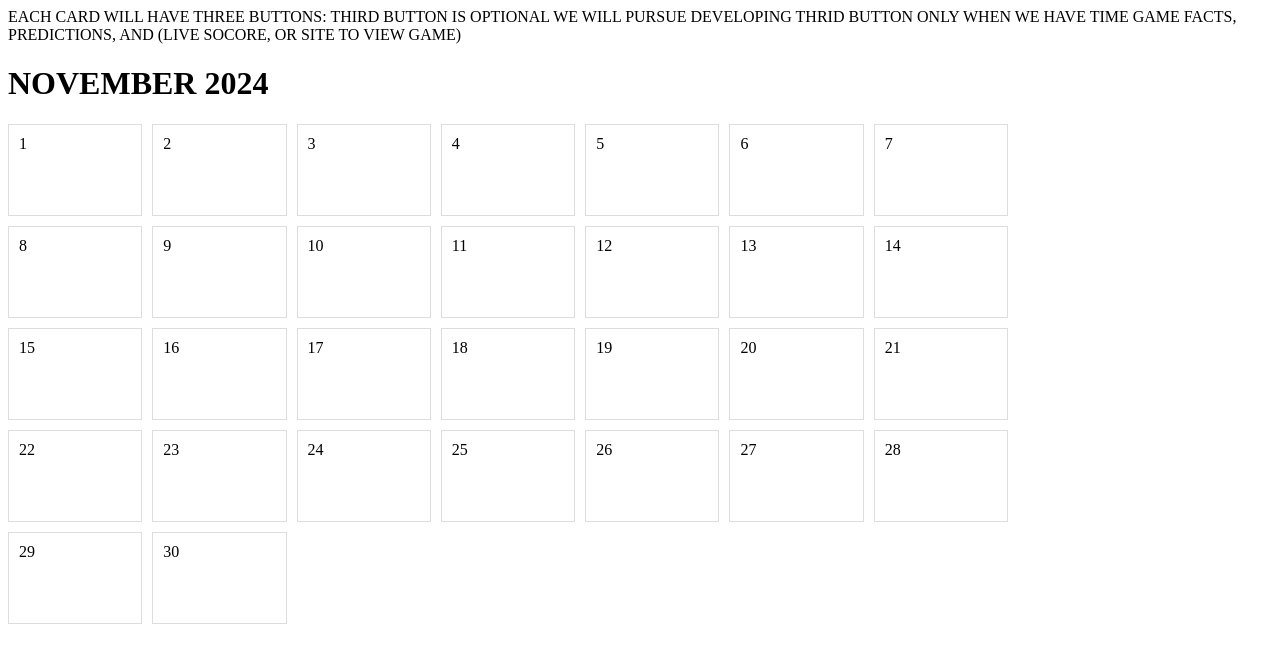
Repository: bredernd/Sports-Analytics
Page: http://localhost/CPS298_Nba/calendar
An editor plug-in stored every save of this project. The page is shown before and after the next save, followed by the edit.
The browser window is 1280 px wide. The pictures show the whole page.
The page is served by Tomcat 9. Other server files are loaded and not shown.

Above is the page before, as saved 2024-11-06 18:51:39.

### NBAProj/CPS298_Nba/src/main/webapp/WEB-INF/Dispatcher-servlet.xml
<?xml version="1.0" encoding="UTF-8"?>
<beans xmlns="http://www.springframework.org/schema/beans"
	xmlns:xsi="http://www.w3.org/2001/XMLSchema-instance"
	xmlns:context="http://www.springframework.org/schema/context"
	xmlns:mvc="http://www.springframework.org/schema/mvc"
	xmlns:tx="http://www.springframework.org/schema/tx"
	xsi:schemaLocation="http://www.springframework.org/schema/mvc http://www.springframework.org/schema/mvc/spring-mvc-4.3.xsd
		http://www.springframework.org/schema/beans http://www.springframework.org/schema/beans/spring-beans.xsd
		http://www.springframework.org/schema/context http://www.springframework.org/schema/context/spring-context-4.3.xsd
		http://www.springframework.org/schema/tx http://www.springframework.org/schema/tx/spring-tx-4.3.xsd">


	<context:component-scan
		base-package="com.cps298.nba">
	</context:component-scan>
	<mvc:annotation-driven></mvc:annotation-driven>
	<mvc:resources mapping="/resources/**" location="/resources/"></mvc:resources>
	<bean id="viewResolver"
		class="org.springframework.web.servlet.view.InternalResourceViewResolver">
	<property name="prefix" value="/WEB-INF/Views/"></property>
	<property name="suffix" value=".jsp"></property>
	</bean>

<!-- 	<bean id="myDataSource" -->
<!-- 		class="com.mchange.v2.c3p0.ComboPooledDataSource"> -->
<!-- 	<property name="driverClass" value="com.mysql.cj.jdbc.Driver"></property> -->
<!-- 	<property name="user" value="hbstudent"></property> -->
<!-- 	<property name="password" value="hbstudent"></property> -->
<!-- 	<property name="jdbcUrl" -->
<!-- 		value="jdbc:mysql://localhost:3306/movies?useSSL=false"> -->
<!-- 	</property> -->
<!-- 	<property name="minPoolSize" value="5"></property> -->
<!-- 	<property name="maxPoolSize" value="30"></property> -->
<!-- 	<property name="maxIdleTime" value="30000"></property> -->
<!-- 	</bean> -->
<!-- 	<bean id="sessionFactory" -->
<!-- 		class="org.springframework.orm.hibernate5.LocalSessionFactoryBean"> -->
<!-- 	<property name="dataSource" ref="myDataSource"></property> -->
<!-- 	<property name="packagesToScan" -->
<!-- 		value="com.cps298.nba.entity"> -->
<!-- 	</property> -->
<!-- 	<property name="hibernateProperties"> -->
<!-- 	<props> -->
<!-- 	<prop key="hibernate.dialect">org.hibernate.dialect.MySQLDialect</prop> -->
<!-- 	<prop key="hibernate.show_sql">true</prop> -->
<!-- 	</props> -->
<!-- 	</property> -->
<!-- 	</bean> -->
<!-- 	<bean id="myTransactionalManager" -->
<!-- 		class="org.springframework.orm.hibernate5.HibernateTransactionManager"> -->
<!-- 	<property name="sessionFactory" ref="sessionFactory"></property> -->
<!-- 	</bean> -->
<!-- 	<tx:annotation-driven transaction-manager="myTransactionalManager" /> -->
</beans>

### NBAProj/CPS298_Nba/src/main/webapp/WEB-INF/Views/calendar.jsp
<%@ page language="java" contentType="text/html; charset=ISO-8859-1"
    pageEncoding="ISO-8859-1"%>
<!DOCTYPE html>
<html>
<head>
<meta charset="ISO-8859-1">
<title>Calendar</title>

<style>
	.body{
	display: flex;
	justify-content: center;
	align-items: center;
	}

	.calendar {
	display: grid;
	grid-template-columns: repeat(7, 1fr);
	gap: 10px;
	width: 1000px;
	height: 500px;
	}

    .day {
    border: 1px solid #ddd;
    padding: 10px;
    }
</style>
</head>
<body>


EACH CARD WILL HAVE THREE BUTTONS: THIRD BUTTON IS OPTIONAL
WE WILL PURSUE DEVELOPING THRID BUTTON ONLY WHEN WE HAVE TIME
GAME FACTS, PREDICTIONS, AND (LIVE SOCORE, OR SITE TO VIEW GAME)

    <h1>${month} ${year}</h1>

    <div class="calendar">
        ${calendarHtml}
    </div>


</body>
</html>

### NBAProj/CPS298_Nba/src/main/java/com/cps298/nba/controller/MainController.java
package com.cps298.nba.controller;

import java.time.LocalDate;

import org.springframework.beans.factory.annotation.Autowired;
import org.springframework.stereotype.Controller;
import org.springframework.ui.Model;
import org.springframework.web.bind.annotation.RequestMapping;

import com.cps298.nba.service.CalendarService;

@Controller
public class MainController {

    @Autowired
    private CalendarService calendarService;

	@RequestMapping("/")
	public String home() {
		return "home";
	}

	@RequestMapping("/calendar")
	public String calendar(Model model) {
        LocalDate now = LocalDate.now();
        int year = now.getYear();
        int month = now.getMonthValue();

        // Use the service to generate the HTML
        String calendarHtml = calendarService.generateCalendarHtml(year, month);

        model.addAttribute("calendarHtml", calendarHtml);
        model.addAttribute("month", now.getMonth());
        model.addAttribute("year", year);

		return "calendar";
	}

	@RequestMapping("/news")
	public String news() {
		return "news";
	}

	@RequestMapping("/gameFacts")
	public String gameFacts() {
		return "gameFacts";
	}

	@RequestMapping("/predictions")
	public String predictions() {
		return "predictions";
	}
}

### NBAProj/CPS298_Nba/src/main/java/com/cps298/nba/service/CalendarService.java
package com.cps298.nba.service;

import java.time.LocalDate;
import java.time.YearMonth;

import org.springframework.stereotype.Service;

@Service
public class CalendarService {

    public String generateCalendarHtml(int year, int month) {
        StringBuilder calendarHtml = new StringBuilder();
        YearMonth yearMonth = YearMonth.of(year, month);

        for (int day = 1; day <= yearMonth.lengthOfMonth(); day++) {
            calendarHtml.append("<div class='day'>").append(day).append("</div>");
        }

        return calendarHtml.toString();
    }

}

After the next save:
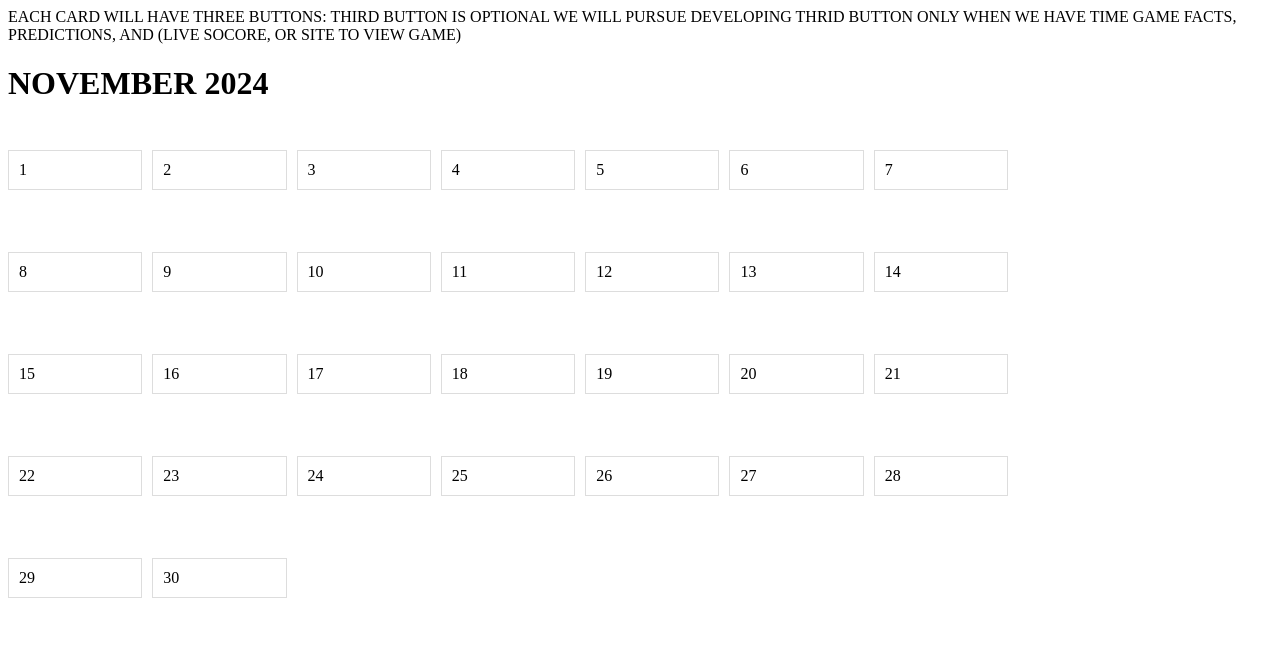
Saved 59 s later.
--- a/NBAProj/CPS298_Nba/src/main/webapp/WEB-INF/Views/calendar.jsp
+++ b/NBAProj/CPS298_Nba/src/main/webapp/WEB-INF/Views/calendar.jsp
@@ -19,6 +19,8 @@
 	gap: 10px;
 	width: 1000px;
 	height: 500px;
+	justify-content: center;
+	align-items: center;
 	}
 
     .day {

After the save that followed:
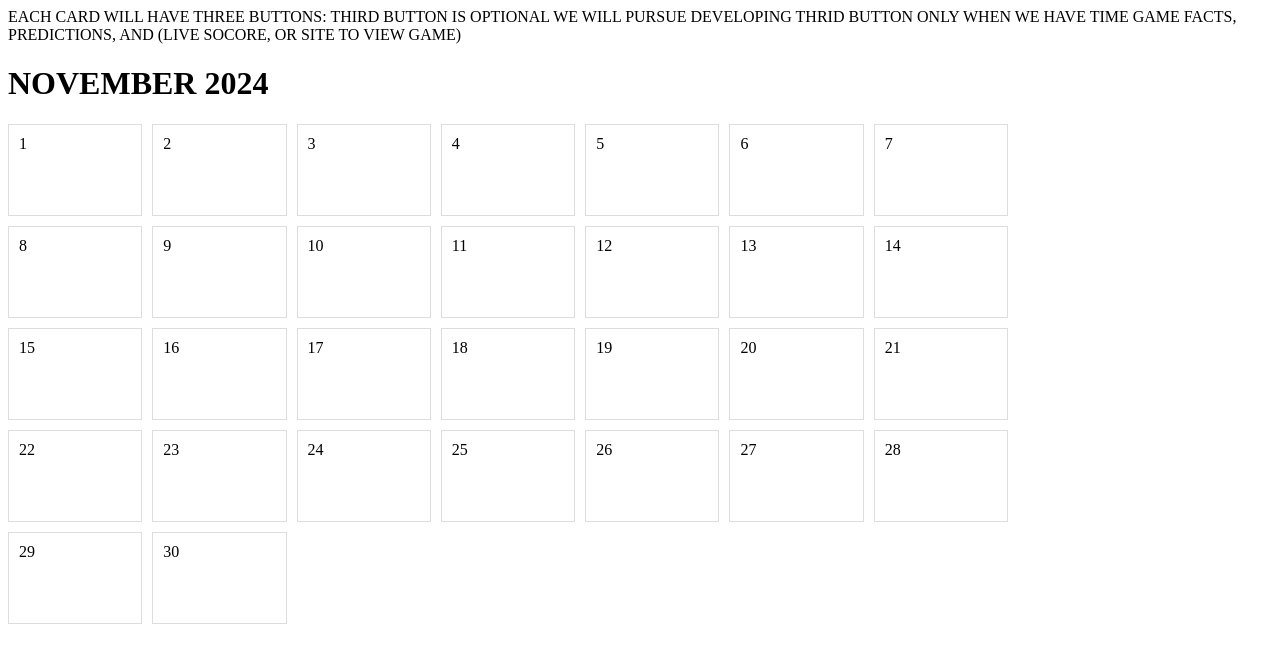
Saved 13 s later.
--- a/NBAProj/CPS298_Nba/src/main/webapp/WEB-INF/Views/calendar.jsp
+++ b/NBAProj/CPS298_Nba/src/main/webapp/WEB-INF/Views/calendar.jsp
@@ -19,8 +19,6 @@
 	gap: 10px;
 	width: 1000px;
 	height: 500px;
-	justify-content: center;
-	align-items: center;
 	}
 
     .day {
